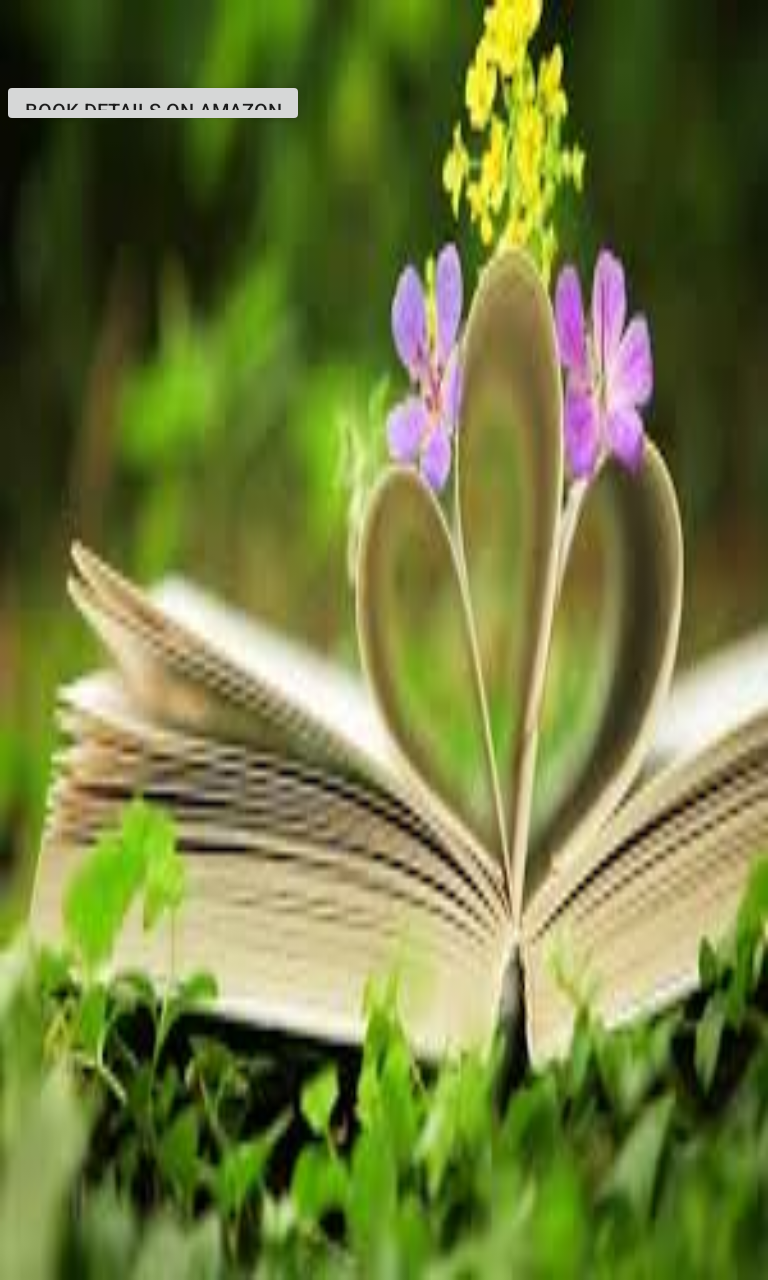
Repository: arianaantonio/MDF3_Antonio
Layout: Readable/res/layout/widget_layout.xml
These files come from the project's save history. The layout is drawn as it stood at one moment and after the next save; the edit follows.
It is drawn on a 768 x 1280 px phone screen (xhdpi) without system bars, with theme AppTheme; the app's code is not run.

Above is the layout before, as saved 2014-08-21 02:46:48.

### Readable/res/layout/widget_layout.xml
<?xml version="1.0" encoding="utf-8"?>
<FrameLayout xmlns:android="http://schemas.android.com/apk/res/android"
    xmlns:tools="http://schemas.android.com/tools"
    android:layout_width="match_parent"
    android:layout_height="match_parent"
    android:padding="@dimen/widget_margin"
    android:orientation="vertical"
    android:background="@drawable/images" >

    <LinearLayout
        android:layout_width="match_parent"
        android:layout_height="match_parent"

        android:orientation="vertical"
        tools:ignore="UselessParent"
         android:background="@drawable/images" >

        <TextView
            android:id="@+id/nextBookTitle"
            android:layout_width="180dp"
            android:layout_height="wrap_content"
            android:gravity="left"
            android:text=""
            android:textColor="@color/black"
            android:layout_marginLeft="5dp" >
        </TextView>

        <TextView
            android:id="@+id/nextBook"
            android:layout_width="180dp"
            android:layout_height="wrap_content"
            android:gravity="left"
            android:text=""
            android:textColor="@color/black"
            android:layout_marginLeft="5dp" >
        </TextView>

        <Button
            android:id="@+id/button1"
            android:layout_width="wrap_content"
            android:layout_height="27dp"
            android:text="@string/widget_button"
            android:textSize="10sp" />

    </LinearLayout>

</FrameLayout>

### Readable/res/values/strings.xml
<?xml version="1.0" encoding="utf-8"?>
<resources>

    <string name="app_name">Readable</string>
    <string name="username">Enter Your Name:</string>
    <string name="nextBook">Next Book:</string>
    <color name="lavender">#cba1e6</color>
    <string name="backgroundColor">Choose A Book Text Color:</string>
    <string name="button">Save Settings</string>
    <dimen name="widget_margin">8dp</dimen>
    <string name="widget_button">Book Details On Amazon</string>
    <string name="detailactivity">Book Details</string>
    <color name="black">#000000</color>
    <string name="name">Enter Name</string>
    <color name="lightgrey">#D3D3D3</color>

</resources>

Loaded but not shown: Readable/res/values/styles.xml (common file); Readable/res/values-v11/styles.xml (common file); Readable/res/values-v14/styles.xml (common file)

After the next save:
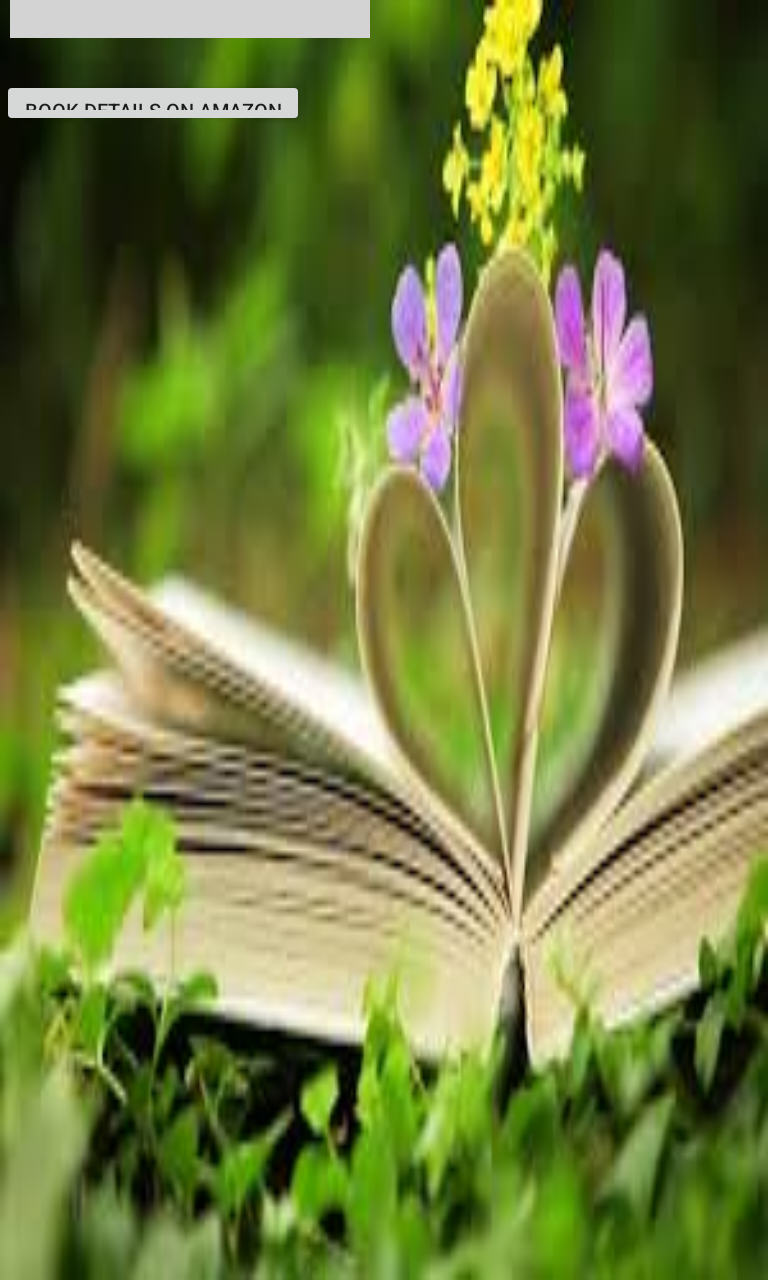
Saved 10 s later.
--- a/Readable/res/layout/widget_layout.xml
+++ b/Readable/res/layout/widget_layout.xml
@@ -19,10 +19,12 @@
             android:id="@+id/nextBookTitle"
             android:layout_width="180dp"
             android:layout_height="wrap_content"
+            android:layout_marginLeft="5dp"
+            android:background="@color/lightgrey"
             android:gravity="left"
             android:text=""
-            android:textColor="@color/black"
-            android:layout_marginLeft="5dp" >
+            android:textColor="@color/black" >
+
         </TextView>
 
         <TextView
